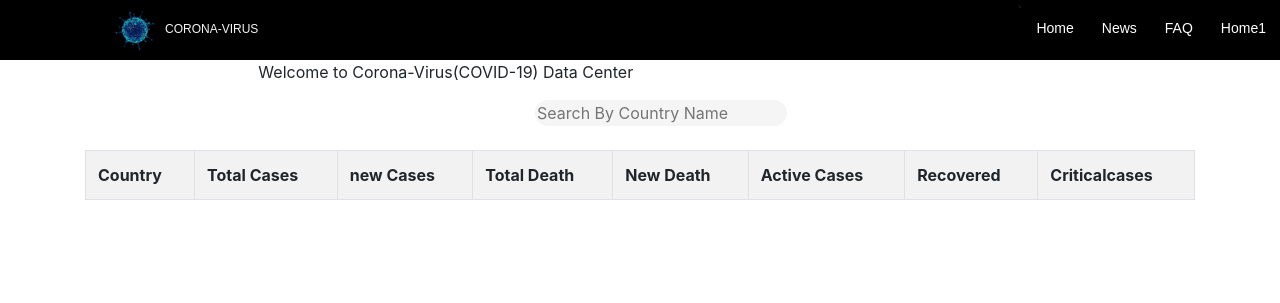
Repository: xthashankar/COVID-19-data-
Page: index.html
These files come from the project's save history. The page is drawn as it stood at one moment and after the next save; the edit follows.
The browser window is 1280 px wide. The pictures show the whole page.
The page's requests for data from a server got no answer.

Above is the page before, as saved 2020-04-16 12:17:10.

### index.html
<!DOCTYPE html>
<html lang="en">
<head>
    <meta charset="UTF-8">
    <meta name="viewport" content="width=device-width, initial-scale=1.0">
    <link rel="stylesheet" href="https://maxcdn.bootstrapcdn.com/bootstrap/4.4.1/css/bootstrap.min.css">
     <script src="https://ajax.googleapis.com/ajax/libs/jquery/3.4.1/jquery.min.js"></script>
     <script src="https://cdnjs.cloudflare.com/ajax/libs/popper.js/1.16.0/umd/popper.min.js"></script>
    <script src="https://maxcdn.bootstrapcdn.com/bootstrap/4.4.1/js/bootstrap.min.js"></script>
    <link rel="stylesheet" href="css/styles.css">
    <title>Document</title>
</head>
<body>

   <nav>
       <a href="index.html">
            <img src="image/coronavirus.png" style="margin:5px;
            margin-left: 110px;">
            <p>CORONA-VIRUS</p>
        </a>
        <ul>
            <li><a  href="#">Home1</a></li>
            <li><a href="#">FAQ</a>
                <ul>
                    <li><a href= "">Nepali</a></li>
                    <li><a href="">English</a></li>
                </ul>
                </li>
            <li><a href="#">News</a></li>`

            <li><a href="#">Home</a></li>
        </ul>
    </nav>


    <p>Welcome to Corona-Virus(COVID-19) Data Center</p>
    <input type="text" name="filter" id="search" placeholder="Search By Country Name" onkeyup="search()">
    <div class="container">

        <br>
        <table class="table table-bordered  table-striped">
            <thread>
                <tr>
                    <th>Country</th>
                    <th>Total Cases</th>
                    <th>new Cases</th>
                    <th>Total Death</th>
                    <th>New Death</th>
                    <th>Active Cases</th>
                    <th>Recovered</th>
                    <th>Criticalcases</th>
            </tr>
            </thread>
            <tbody  id="coranavirus">
            </tbody>
        </table>
    </div>
</body>
<script src="javascript/main.js"></script>
</html>

### css/styles.css
/*
ul{

  overflow: hidden;
  background-color:#333;
}
li{
 float:right;
}
li a{

  display: block;
  color:white;
  text-align: center;
  padding: 14px 16px;
  text-decoration: none;
}
li a:hover{
  background-color: #111;
}



.dropbtn {
  background-color:black;
  color: white;
  padding: 16px;
  font-size: 16px;
  border: none;

}

.dropdown {
  position: relative;
  display: inline-block;

}

ul.dropdown-content {
  display: none;
  position: absolute;
  background-color: #f1f1f1;
  min-width: 160px;
  box-shadow: 0px 8px 16px 0px rgba(0,0,0,0.2);
  z-index: 0;
}

.dropdown-content a {
  color: black;
  padding: 12px 16px;
  text-decoration: none;
  display: block;
}

ul.dropdown-content a:hover {background-color: yellow;}

.dropdown:hover .dropdown-content {display: block;}

.dropdown:hover .dropbtn {background-color: red;} */
/*
*{
  margin:0;
  padding:0;
} */
nav{
  width:100%;
  height:60px;
  background-color:black;
}

nav img{
  height: 50px;
  width: 50px;
  float: left;
}

nav p{
  /* margin-left: 0px; */
  font-family:arial;
  color:whitesmoke;
  font-size:12px  ;
  line-height:59px;
  float:left;
}
nav ul{
  overflow:visible;
  list-style-type:none;
  float:right;
}
nav ul li{
  float:right;
  list-style: none;
  position: relative;

}
nav ul li a{
  display:block;
  font-family:arial;
  color:white;
  font-size:14px  ;
  padding:18px 14px;
  text-decoration:none;
  cursor: pointer;

}
nav ul li ul {
  display:none;
  position: absolute;
  background-color:black;
  padding: 10px;
  border-radius: 0px 0px 4px 4px;
}
nav ul li:hover ul {
  display:block;
  text-decoration:none; list-style: none;


}
nav ul li ul li{
   width:auto;
   border-radius:4px;
}
nav ul li ul li a {
  padding:8px 14px;
}
nav ul li ul li a:hover {
  background-color:whitesmoke ;
}


p{
  text-align: justify;
}
#search{
  border-radius: 10px;
  margin:5 auto;
  border-radius: 10px;
  margin-left: 535px;
  border: none;
  border-radius: 15px;
  background-color:whitesmoke;
}

### javascript/main.js
// let who='';
let URL='https://nepalcorona.info/api/v1/data/world'
fetch(URL)
.then(function(response){
   return response.json()
}).then(function(covid){
//    console.log(covid);
       if(covid.length>0)
       {
           var coviddata='';
           covid.forEach(function(data){
            // coviddata +="<tr>";
            if(data.country!="")
            {
            coviddata +="<tr><td>"+data.country+"</td>";
            coviddata +="<td>"+data.totalCases+"</td>";
            coviddata +="<td>"+data.newCases+"</td>";
            coviddata +="<td>"+data.totalDeaths+"</td>";
            coviddata +="<td>"+data.newDeaths+"</td>";
            coviddata +="<td>"+data.activeCases+"</td>";
            coviddata +="<td>"+data.totalRecovered+"</td>";
            coviddata +="<td>"+data.criticalCases+"</td></tr>";
            console.log(coviddata);
            }
            document.getElementById('coranavirus').innerHTML=coviddata;
           })
       }
   })
   //for search
function search(){
    let filter=document.getElementById("search").value.toUpperCase();
    let table=document.getElementById("coranavirus");
    let tr=table.getElementsByTagName("tr");
    for(let i=0;i<tr.length;i++)
    {
     let td=tr[i].getElementsByTagName("td")[0];
        if(td)
        {
         let txtValue=td.textContent||td.innerText;
         if(txtValue.toUpperCase().indexOf(filter)>-1)
            {
            tr[i].style.display="";
            }else
            {
            tr[i].style.display="none";
            }
        }
    }
}

After the next save:
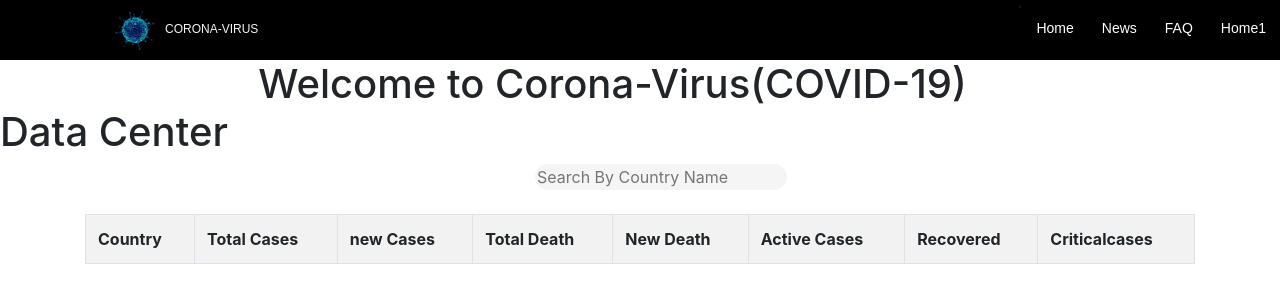
Saved 41 s later.
--- a/index.html
+++ b/index.html
@@ -33,7 +33,7 @@
     </nav>
 
 
-    <p>Welcome to Corona-Virus(COVID-19) Data Center</p>
+    <h1>Welcome to Corona-Virus(COVID-19) Data Center</h1>
     <input type="text" name="filter" id="search" placeholder="Search By Country Name" onkeyup="search()">
     <div class="container">
 
